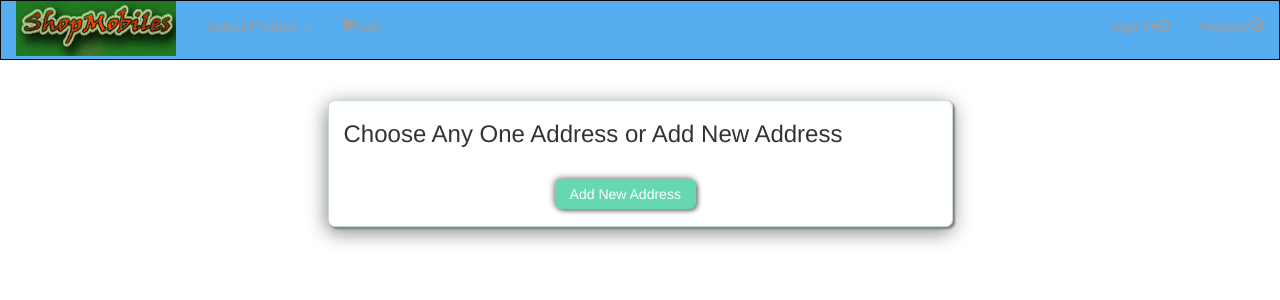
Repository: KoustabhBiswas/Final-Ecommerce-Project
Page: http://localhost/ecommerce1/WEB-INF/views/address.jsp
These files come from the project's save history. The page is drawn as it stood at one moment and after the next save; the edit follows.
The browser window is 1280 px wide. The pictures show the whole page.
Some web libraries are served in a nearby version. The page is served by Tomcat 9. Nobody is signed in. The template is opened directly, without the code that normally fills it, so the values that code supplies are empty.

Above is the page before, as saved 2017-09-23 13:13:28.

After the next save:
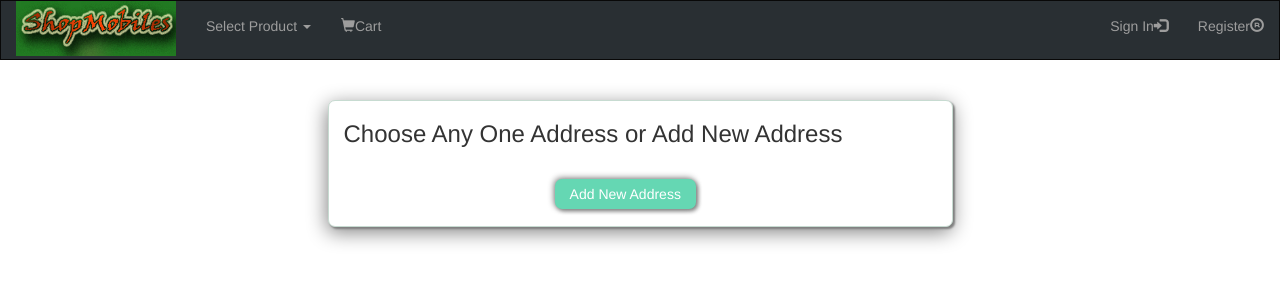
Saved 64 s later.
--- a/Final Ecommerce Project/Ecommerce_Project-master/project/ecommerce1/src/main/webapp/WEB-INF/views/shared/navbar.jsp
+++ b/Final Ecommerce Project/Ecommerce_Project-master/project/ecommerce1/src/main/webapp/WEB-INF/views/shared/navbar.jsp
@@ -24,7 +24,7 @@ nav {
 
 <div class="row" style="border-bottom-style: none;">
 	<nav class="navbar navbar-inverse"
-		style="background-color:#55ACEE; border-radius: 0px; color: white; height: 60px">
+		style="background-color:#292F33; border-radius: 0px; color: white; height: 60px">
 		<div class="container-fluid">
 			<div class="navbar-header">
 				<a class="navbar-brand" href="${pageContext.request.contextPath}"
